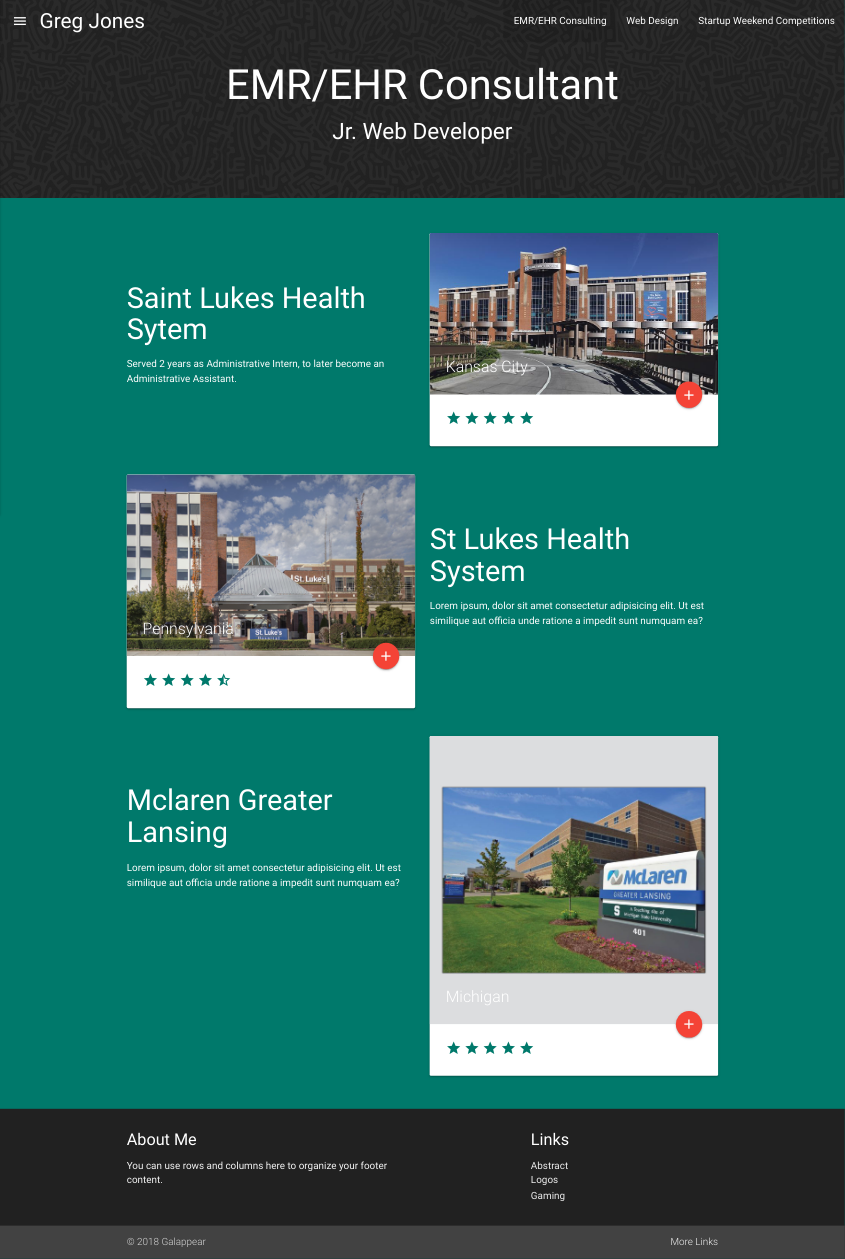
Repository: Greg919617/Existing-Portfolio
Page: index.html
These files come from the project's save history. The page is drawn as it stood at one moment and after the next save; the edit follows.
The browser window is 1280 px wide. The pictures show the whole page, at 66% of full size.
Some web libraries are served in a nearby version.

Above is the page before, as saved 2018-06-26 16:41:49.

### index.html
<!DOCTYPE html>
<html>

<head>
  <!--Import Google Icon Font-->
  <link href="https://fonts.googleapis.com/icon?family=Material+Icons" rel="stylesheet">
  <!--Import materialize.css-->
  <link type="text/css" rel="stylesheet" href="css/materialize.min.css" media="screen,projection" />
  <link type="text/css" rel="stylesheet" href="css/main.css" />

  <!--Let browser know website is optimized for mobile-->
  <meta name="viewport" content="width=device-width, initial-scale=1.0" />
  <title>Galappear</title>
</head>

<body>
  <!-- Header -->
  <header class="main-header">
    <nav class="transparent nav-wrapper z-depth-0">
      <div class="nav-wrapper">
        <a href="#" data-activates="mobile-nav" class="button-collapse show-on-large">
          <i class="material-icons">menu</i>
        </a>
        <a href="index.html" class="brand-logo">Greg Jones</a>
        <ul class="right hide-on-med-and-down">
          <li class="active">
            <a href="index.html">EMR/EHR Consulting</a>
          </li>
          <li>
            <a href="web-design.html">Web Design</a>
          </li>
          <li>
            <a href="sw.html">Startup Weekend Competitions</a>
          </li>
        </ul>
      </div>
      <ul class="side-nav" id="mobile-nav">
        <li>
          <a href="index.html">EMR/EHR Consulting</a>
        </li>
        <li>
          <a href="web-design.html">Web Design</a>
        </li>
        <li>
          <a href="sw.html">Startup Weekend Competitions</a>
        </li>
      </ul>
    </nav>
    <h1 class="center">EMR/EHR Consultant</h1>
    <h4 class="center">Jr. Web Developer</h4>
  </header>

  <!-- Section: Main -->
  <section class="section section-main">
    <div class="container">
      <!-- Row 1 -->
      <div class="row row-1">
        <div class="col m6 hide-on-small-only">
          <div class="img-content">
            <h3>Saint Lukes Health Sytem</h3>
            Served 2 years as Administrative Intern, to later become an Administrative Assistant.
          </div>
        </div>
        <div class="col m6">
          <div class="card">
            <div class="card-image">
              <img src="img/gallery/saintlukes.jpg" alt="">
              <span class="card-title">Kansas City</span>
              <a href="#abstract1" class="btn-floating halfway-fab waves-effect waves-light red modal-trigger">
                <i class="material-icons">add</i>
              </a>
            </div>
            <div class="card-content">
              <p>
                <i class="material-icons">star</i>
                <i class="material-icons">star</i>
                <i class="material-icons">star</i>
                <i class="material-icons">star</i>
                <i class="material-icons">star</i>
              </p>
            </div>
          </div>
        </div>
      </div>

      <!-- Row 2 -->
      <div class="row row-2">
        <div class="col m6">
          <div class="card">
            <div class="card-image">
              <img src="img/gallery/st-lukes.jpg" alt="">
              <span class="card-title">Pennsylvania</span>
              <a href="#abstract2" class="btn-floating halfway-fab waves-effect waves-light red modal-trigger">
                <i class="material-icons">add</i>
              </a>
            </div>
            <div class="card-content">
              <p>
                <i class="material-icons">star</i>
                <i class="material-icons">star</i>
                <i class="material-icons">star</i>
                <i class="material-icons">star</i>
                <i class="material-icons">star_half</i>
              </p>
            </div>
          </div>
        </div>
        <div class="col m6 hide-on-small-only">
          <div class="img-content">
            <h3>St Lukes Health System</h3>
            Lorem ipsum, dolor sit amet consectetur adipisicing elit. Ut est similique aut officia unde ratione a impedit sunt numquam
            ea?
          </div>
        </div>
      </div>

      <!-- Row 3 -->
      <div class="row row-3">
        <div class="col m6 hide-on-small-only">
          <div class="img-content">
            <h3>Mclaren Greater Lansing</h3>
            Lorem ipsum, dolor sit amet consectetur adipisicing elit. Ut est similique aut officia unde ratione a impedit sunt numquam
            ea?
          </div>
        </div>
        <div class="col m6">
          <div class="card">
            <div class="card-image">
              <img src="img/gallery/mclaren.jpg" alt="">
              <span class="card-title">Michigan</span>
              <a href="#abstract3" class="btn-floating halfway-fab waves-effect waves-light red modal-trigger">
                <i class="material-icons">add</i>
              </a>
            </div>
            <div class="card-content">
              <p>
                <i class="material-icons">star</i>
                <i class="material-icons">star</i>
                <i class="material-icons">star</i>
                <i class="material-icons">star</i>
                <i class="material-icons">star</i>
              </p>
            </div>
          </div>
        </div>
      </div>
    </div>
  </section>

  <!-- Footer -->
  <footer class="page-footer">
    <div class="container">
      <div class="row">
        <div class="col l6 s12">
          <h5 class="white-text">About Me</h5>
          <p class="grey-text text-lighten-4">You can use rows and columns here to organize your footer content.</p>
        </div>
        <div class="col l4 offset-l2 s12">
          <h5 class="white-text">Links</h5>
          <ul>
            <li>
              <a class="grey-text text-lighten-3" href="index.html">Abstract</a>
            </li>
            <li>
              <a class="grey-text text-lighten-3" href="logos.html">Logos</a>
            </li>
            <li>
              <a class="grey-text text-lighten-3" href="gaming.html">Gaming</a>
            </li>

          </ul>
        </div>
      </div>
    </div>
    <div class="footer-copyright">
      <div class="container">
        © 2018 Galappear
        <a class="grey-text text-lighten-4 right" href="#!">More Links</a>
      </div>
    </div>
  </footer>

  <!-- Modal 1 -->
  <div id="abstract1" class="modal">
    <div class="modal-content">
      <h4>Saint Lukes Health System</h4>
      <img src="img/gallery/saintlukes.jpg" alt="" class="responsive-img">
      <br>Epic Cadence Registration
      <br> Epic Cadence Scheduling
      <br>Performance Improvement in the Workplace
      <br>Reading Studies in Radiant
      <br>Wet Reads in Radiant
      <br> Introduction to Willow
      <br>Willow IP Barcode Validation Training
      <br> ED NA/IA Online Training
      <br>Consult Tracking
    </div>
    <div class="modal-footer">
      <p>
        <i class="material-icons">star</i>
        <i class="material-icons">star</i>
        <i class="material-icons">star</i>
        <i class="material-icons">star</i>
        <i class="material-icons">star</i>
      </p>
    </div>
  </div>

  <!-- Modal 2 -->
  <div id="abstract2" class="modal">
    <div class="modal-content">
      <h4>Cerner PowerChart</h4>
      <img src="img/gallery/abstract2.jpg" alt="" class="responsive-img"> Lorem ipsum dolor sit amet consectetur adipisicing elit. Ipsum deleniti animi laboriosam, quisquam minus recusandae
      saepe delectus maxime a reiciendis!
    </div>
    <div class="modal-footer">
      <p>
        <i class="material-icons">star</i>
        <i class="material-icons">star</i>
        <i class="material-icons">star</i>
        <i class="material-icons">star</i>
        <i class="material-icons">star_half</i>
      </p>
    </div>
  </div>

  <!-- Modal 3 -->
  <div id="abstract3" class="modal">
    <div class="modal-content">
      <h4>Cerner Schappbook & PowerChart</h4>
      <img src="img/gallery/abstract3.jpg" alt="" class="responsive-img"> Lorem ipsum dolor sit amet consectetur adipisicing elit. Ipsum deleniti animi laboriosam, quisquam minus recusandae
      saepe delectus maxime a reiciendis!
    </div>
    <div class="modal-footer">
      <p>
        <i class="material-icons">star</i>
        <i class="material-icons">star</i>
        <i class="material-icons">star</i>
        <i class="material-icons">star</i>
        <i class="material-icons">star</i>
      </p>
    </div>
  </div>

  <!--Import jQuery before materialize.js-->
  <script type="text/javascript" src="https://code.jquery.com/jquery-3.2.1.min.js"></script>
  <script type="text/javascript" src="js/materialize.min.js"></script>
  <script>
    $(document).ready(function () {
      // Init Sidenav
      $('.button-collapse').sideNav();

      // Init Modal
      $('.modal').modal();

      // Scrollfire
      const options = [
        {
          selector: '.row-1', offset: 50, callback: function (el) {
            Materialize.fadeInImage($(el));
          }
        },
        {
          selector: '.row-2', offset: 300, callback: function (el) {
            Materialize.fadeInImage($(el));
          }
        },
        {
          selector: '.row-3', offset: 400, callback: function (el) {
            Materialize.fadeInImage($(el));
          }
        }
      ];

      Materialize.scrollFire(options);

    });
  </script>
</body>

</html>

Loaded but not shown: css/materialize.min.css (library); css/main.css (library); js/materialize.min.js (library)

After the next save:
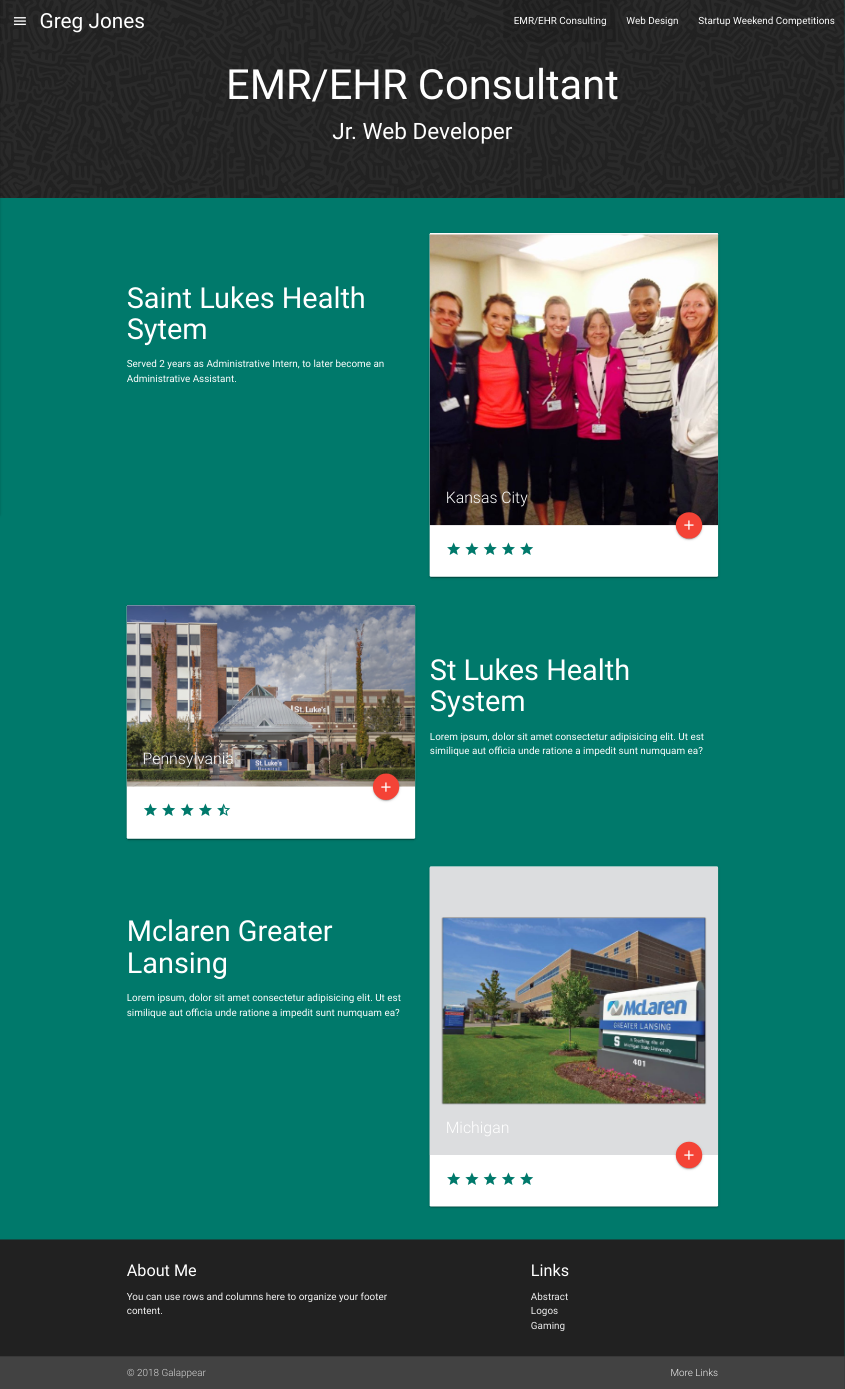
Saved 2 min 58 s later.
--- a/index.html
+++ b/index.html
@@ -64,7 +64,7 @@
         <div class="col m6">
           <div class="card">
             <div class="card-image">
-              <img src="img/gallery/saintlukes.jpg" alt="">
+              <img src="img/gallery/slhgroup.jpg" alt="">
               <span class="card-title">Kansas City</span>
               <a href="#abstract1" class="btn-floating halfway-fab waves-effect waves-light red modal-trigger">
                 <i class="material-icons">add</i>

After the save that followed:
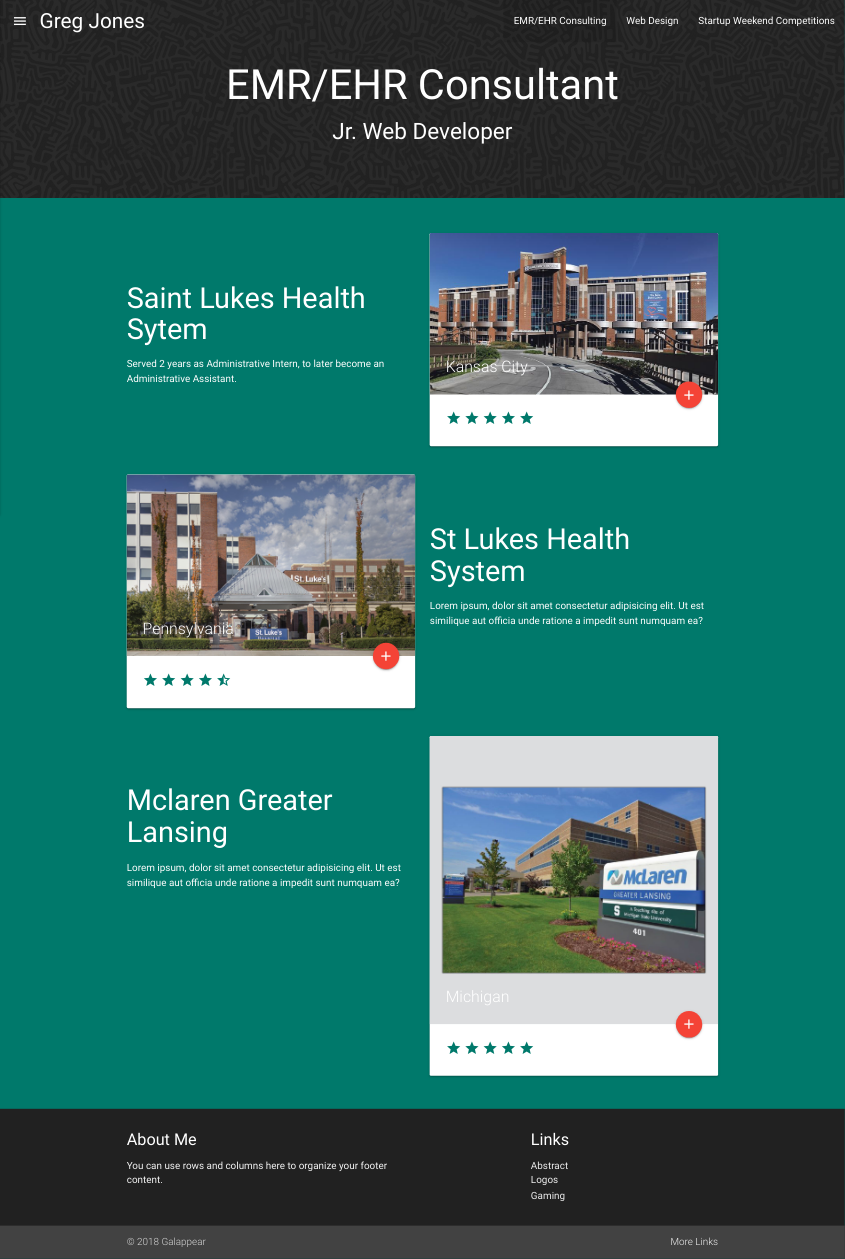
Saved 19 s later.
--- a/index.html
+++ b/index.html
@@ -64,7 +64,7 @@
         <div class="col m6">
           <div class="card">
             <div class="card-image">
-              <img src="img/gallery/slhgroup.jpg" alt="">
+              <img src="img/gallery/saintlukes.jpg" alt="">
               <span class="card-title">Kansas City</span>
               <a href="#abstract1" class="btn-floating halfway-fab waves-effect waves-light red modal-trigger">
                 <i class="material-icons">add</i>
@@ -184,7 +184,7 @@
   <div id="abstract1" class="modal">
     <div class="modal-content">
       <h4>Saint Lukes Health System</h4>
-      <img src="img/gallery/saintlukes.jpg" alt="" class="responsive-img">
+      <img src="img/gallery/slhgroup.jpg" alt="" class="responsive-img">
       <br>Epic Cadence Registration
       <br> Epic Cadence Scheduling
       <br>Performance Improvement in the Workplace
